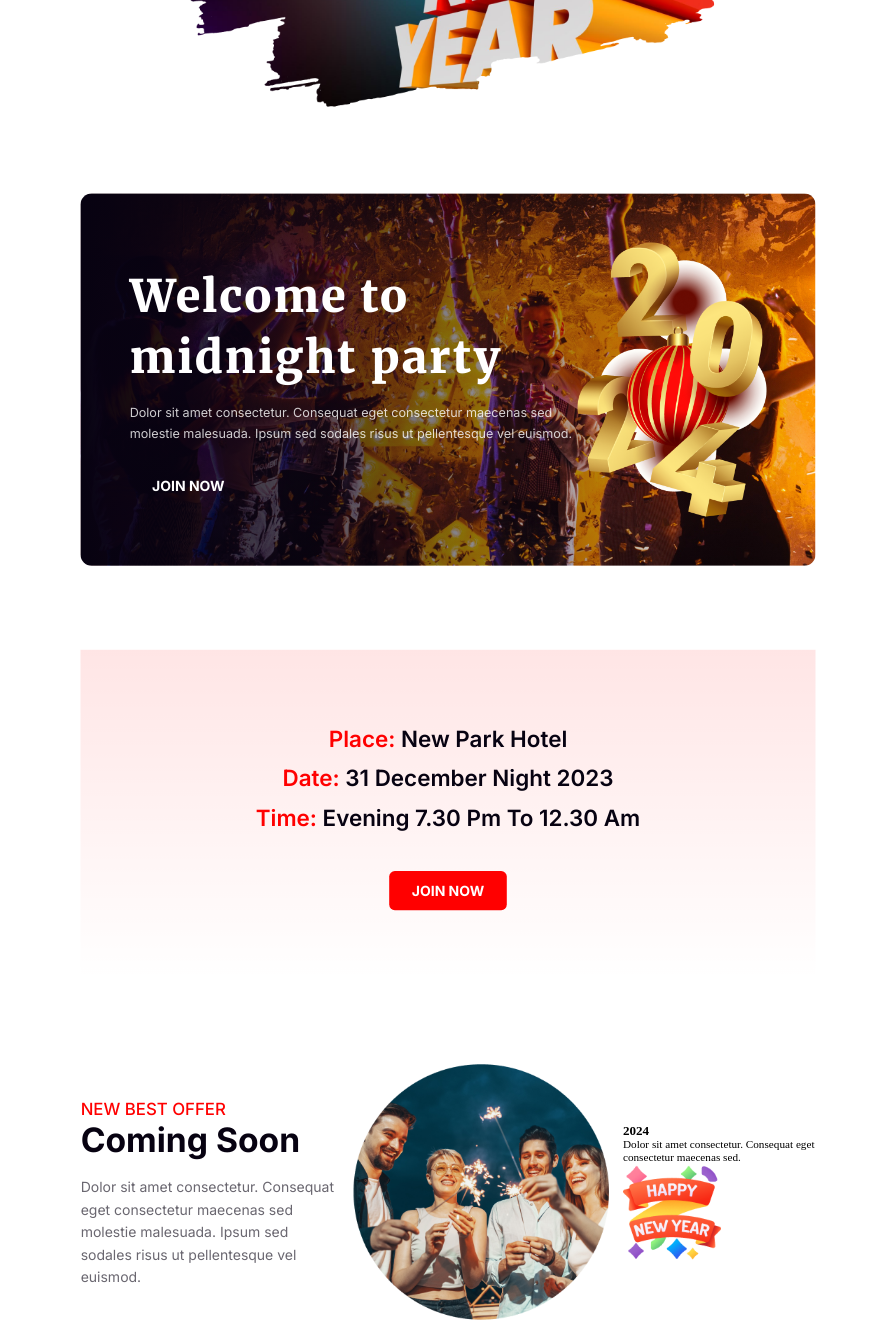
Repository: rahmatahmedrifat/First-Assignment
Page: index.html
An editor plug-in stored every save of this project. The page is shown before and after the next save, followed by the edit.
The browser window is 1280 px wide. The pictures show the part of the page from y = 1385 to 3305 px (the page is 3275 px tall before and 3305 px after), at 70% of full size.

Above is the page before, as saved 2024-01-08 14:34:07.

### index.html
<!DOCTYPE html>
<html lang="en">
<head>
    <meta charset="UTF-8">
    <meta name="viewport" content="width=device-width, initial-scale=1.0">
    <!-- Title  -->
    <title>New Year 2024</title>
    <!-- favicon icon linked -->
    <link rel="shortcut icon" href="images/New Year Photo.png" type="image/x-icon">
    <!-- style css linked-->
    <link rel="stylesheet" href="Style/style.css">
</head>
<body>
    <!-- header part  -->
    <header>
        <!-- banner section part -->
        <section id="banner">
            <div class="container">
                <div class="banner-container">
                    <div class="banner-content">
                        <h3 class="celebration">Happy New Year</h3>
                        <h2 class="banner-title">New Year Party Celebration</h2>
                    </div>
                </div>
            </div>
        </section>
    </header>
    <!-- main part -->
    <main>
        <!-- categories section part  -->
            <section id="categories">
                <div class="container">
                    <div class="categories-container">
                        <h2 class="categories-discount">65% OFF</h2>
                        <p class="primary-summery">OUR HOLIDAY DEALS ARE BETTER</p>
                        <h3 class="categories-title">ALL CATEGORIES</h3>
                        <div class="categories-img">
                            <img id="new-year-img" src="images/New Year Photo.png" alt="Happy New Year">
                        </div>
                    </div>
                </div>
            </section>

            <!-- party-banner section part -->
            <section id="party-banner">
                <div class="container">
                    <div class="party-container">
                        <div class="party-content">
                            <h2 class="party-title">Welcome to midnight party</h2>
                            <p class="party-description">Dolor sit amet consectetur. Consequat eget consectetur maecenas sed molestie malesuada. Ipsum sed sodales risus ut pellentesque vel euismod. </p>
                            <button id="join-now-btn">JOIN NOW</button>
                        </div>
                        <img class="party-img" src="images/icon/Group 70.png" alt="party-img">
                    </div>
                </div>
            </section>
            <!-- Announce section part -->
            <section id="announce">
                <div class="container">
                    <div class="announce-content">
                        <h4 class="announce-title"><span class="title-color">Place:</span> New Park Hotel</h4>
                        <h4 class="announce-title"><span class="title-color">Date:</span> 31 December Night 2023</h4>
                        <h4 class="announce-title"><span class="title-color">Time:</span> Evening 7.30 pm to 12.30 am</h4>
                        <button class="announce-btn">Join Now</button>
                    </div>
                </div>
            </section>
            <!-- best offer section part -->
            <section id="best-offer">
                <div class="container">
                    <div class="best-offer-container">
                        <div class="best-offer-content">
                            <p class="primary-summery">NEW BEST OFFER</p>
                            <h3 class="best-offer-title">Coming Soon</h3>
                            <p class="best-offer-description">Dolor sit amet consectetur. Consequat eget consectetur maecenas sed molestie malesuada. Ipsum sed sodales risus ut pellentesque vel euismod. </p>
                        </div>
                        <div class="best-offer-img-content">
                            <img class="best-offer-img" src="images/Ellipse 1.png" alt="best-offer-images">
                        </div>
                        <div class="best-offer-year-content">
                            <h3 class="best-offer-year">2024</h3>
                            <p class="best-offer-escription">Dolor sit amet consectetur. Consequat eget consectetur maecenas sed.</p>
                            <img class="best-offer-year-img" src="images/icon/Group 96.png" alt="best-offer-year-img">
                        </div>
                    </div>
                </div>
            </section>
    </main>
    <!--  footer part -->
    <footer></footer>
</body>
</html>

### Style/style.css
/* import google fonts */
@import url('https://fonts.googleapis.com/css2?family=Inter:wght@100;200;300;400;500;600;700;800;900&family=Merriweather:ital,wght@0,300;0,400;0,700;0,900;1,300;1,400;1,700;1,900&display=swap');

*{
    margin: 0;
    padding: 0;
    outline: 0;
}

.container{
    width: 82%;
    margin: 0 auto;
}
/* primary content */
.primary-summery{
    font-family: Inter;
    font-size: 24px;
    font-style: normal;
    font-weight: 500;
    color: #F00;
    line-height: normal;
}
/* banner section related css style */
#banner{
    margin-top: 30px;
}
.banner-container{
    background-image: linear-gradient(180deg, #070211 0%, rgba(7, 2, 17, 0.00) 100%), url(../images/Banner\ Image.png);
    background-size: cover;
    background-repeat: no-repeat;
    background-position: center;
    border-radius: 16px;
    padding: 177px 0px;
}
.banner-container .banner-content{
    width: 632px;
    margin: 0 auto;
}
.banner-container .banner-content .celebration{
    color: #FFF;
    text-align: center;
    font-family: Merriweather;
    font-size: 32px;
    font-style: normal;
    font-weight: 400;
    line-height: normal;
    margin-bottom: 16px;
    z-index: 99;
}
.banner-container .banner-content .banner-title{
    color: #FFF;
    text-align: center;
    font-family: Merriweather;
    font-size: 72px;
    font-style: normal;
    font-weight: 900;
    line-height: 95px;
}
/* categories section related css style */

#categories{
    margin: 120px 0px;
}
.categories-container{
    text-align: center;
}
.categories-container .categories-discount{
    font-family: Inter;
    font-size: 88px;
    font-style: normal;
    font-weight: 700;
    color: #F00;
    line-height: normal;
    margin-bottom: 48px;
}

.categories-title{
    font-family: Inter;
    font-size: 48px;
    font-style: normal;
    font-weight: 700;
    color: #070211;
    line-height: normal;
    margin-bottom: 48px;
}
.categories-container .categories-img{
    width: 800px;
    margin: 0 auto;
}
.categories-img #new-year-img{
    max-width: 100%;
}

/* party-banner section css style  */
#party-banner{

}
.party-container{
    background-image: linear-gradient(90deg, #070211 0%, rgba(7, 2, 17, 0.00) 100%), url(../images/Vectorrr.png);
    background-position: center;
    background-repeat: no-repeat;
    background-size: cover;
    display: flex;
    align-items: center;
    justify-content: space-between;
    border-radius: 16px;
    padding: 70px 70px;
}
.party-container .party-content{
    width: 900px;
}
.party-content .party-title{
    font-family: Merriweather;
    font-size: 64px;
    font-style: normal;
    font-weight: 900;
    color: #FFF;
    line-height: 88px;
    letter-spacing: 3px;
}
.party-content .party-description{
    font-family: Inter;
    font-size: 18px;
    font-style: normal;
    font-weight: 400;
    color: rgba(255, 255, 255, 0.80);
    line-height: 30px;
    margin-top: 20px;
}
#join-now-btn{
    font-family: Inter;
    font-size: 20px;
    font-style: normal;
    font-weight: 700;
    color: #FFF;
    background: transparent;
    line-height: normal;
    text-transform: uppercase;
    border: none;
    cursor: pointer;
    margin-top: 48px;
    margin-left: 32px;
}
.party-container .party-img{
    width: 270px;
    max-width: 100%;
}

/* Announce section css style */

#announce{
    margin: 120px 0px;
}
.announce-content{
    background: linear-gradient(180deg, rgba(255, 0, 0, 0.10) 0%, rgba(255, 0, 0, 0.00) 100%);
    padding: 100px 0;
    text-align: center;
}
.announce-content .announce-title{
    color: #070211;
    font-family: Inter;
    font-size: 32px;
    font-style: normal;
    font-weight: 600;
    line-height: 56px;
    text-transform: capitalize;
}
.announce-content .announce-title .title-color{
    color: #F00;
}
.announce-btn{
    font-family: Inter;
    font-size: 20px;
    font-style: normal;
    font-weight: 700;
    line-height: normal;
    color: #FFF;
    text-align: center;
    text-transform: uppercase;
    border-radius: 8px;
    background: #F00;
    padding: 16px 32px;
    border: none;
    cursor: pointer;
    transition: all ease 0.5s;
    margin-top: 48px;
}
.announce-btn:hover{
    background: #fff;
    color: #f00;
    outline: 1px solid #F00;
}
/* best-offer section style css */

.best-offer-title{
    font-family: Inter;
    font-size: 48px;
    font-style: normal;
    font-weight: 700;
    color: #070211;
    line-height: normal;
}
.best-offer-description{
    font-family: Inter;
    font-size: 20px;
    font-style: normal;
    font-weight: 400;
    color: rgba(7, 2, 17, 0.60);
    line-height: 32px;
    margin-top: 22px;
}
.best-offer-container{
    display: flex;
    align-items: center;
    gap: 20px;
}
.best-offer-content{
    width: 600px;
}
.best-offer-img-content{
    width: 463px;
}
.best-offer-year-img{
    max-width: 100%
}
.best-offer-year{
    width: ;
}

After the next save:
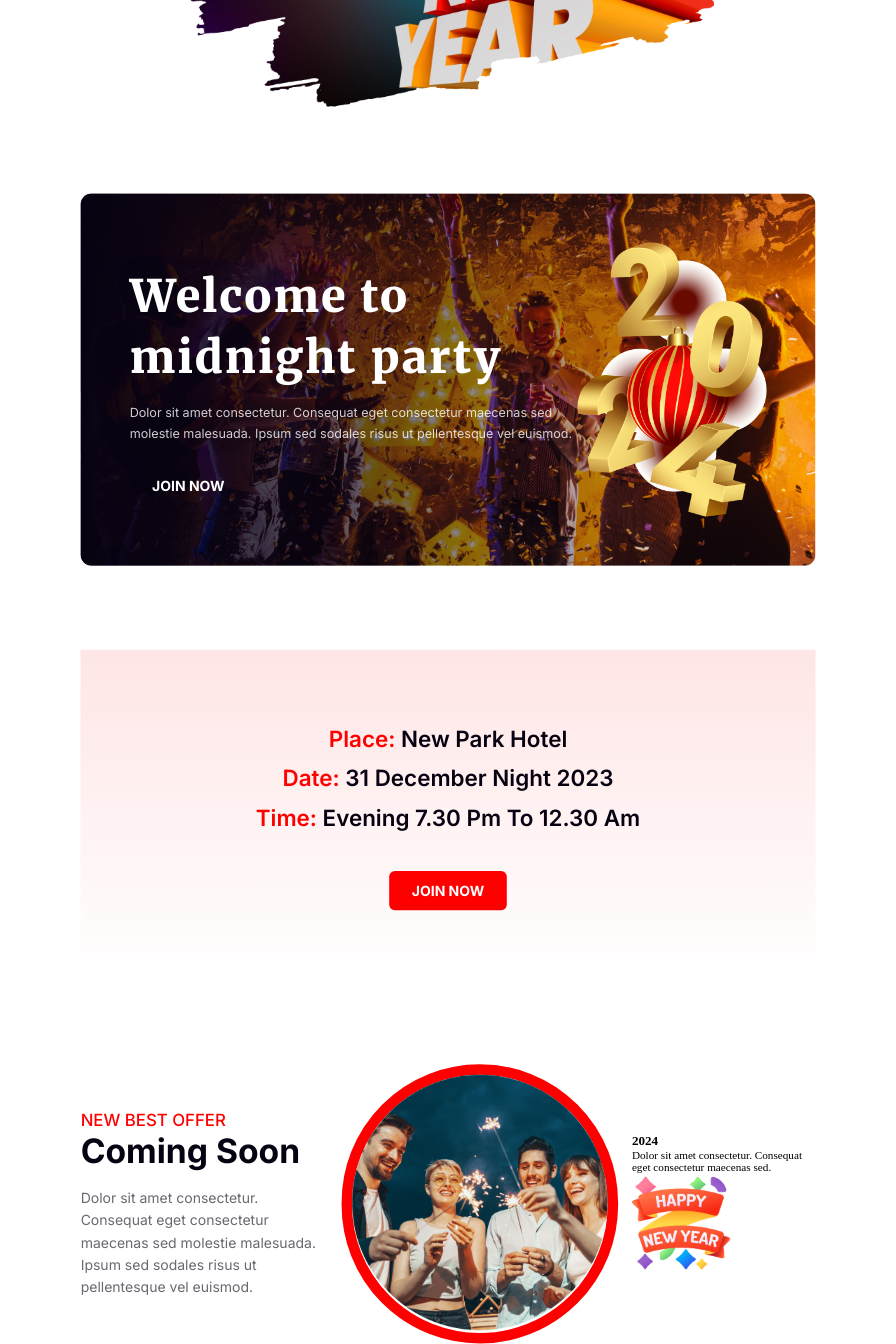
Saved 2 min 43 s later.
--- a/Style/style.css
+++ b/Style/style.css
@@ -219,6 +219,8 @@
 }
 .best-offer-img-content{
     width: 463px;
+    border-radius: 463px;
+    border: 15px solid #F00;
 }
 .best-offer-year-img{
     max-width: 100%
